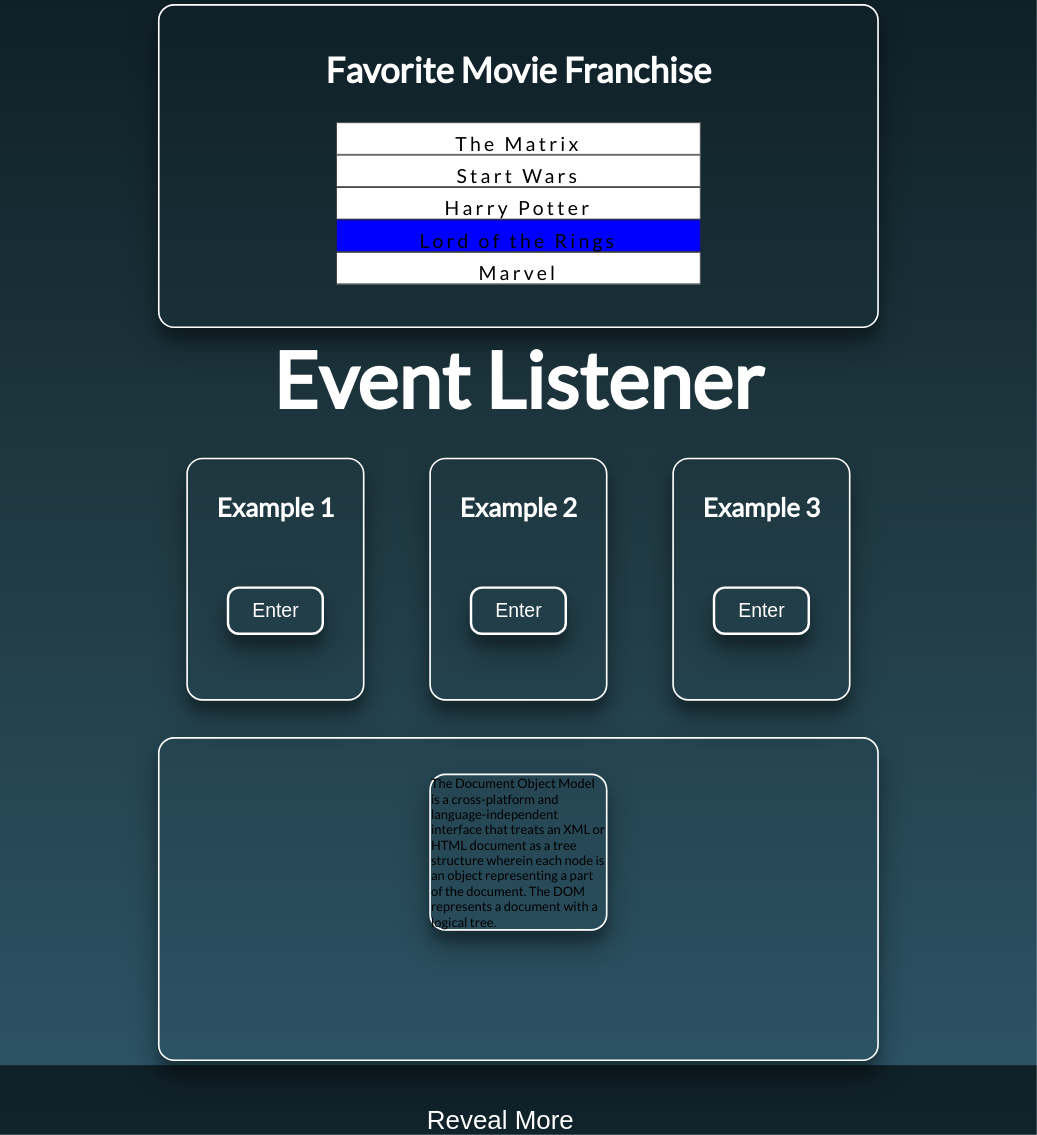
Repository: Ellisvelandia/DOM-Manipulation
Page: index.html
These files come from the project's save history. The page is drawn as it stood at one moment and after a run of saves; the edit follows.
The browser window is 1280 px wide. The pictures show the whole page, at 81% of full size.

Above is the page before, as saved 2022-08-22 18:36:50.

After the next 3 saves:
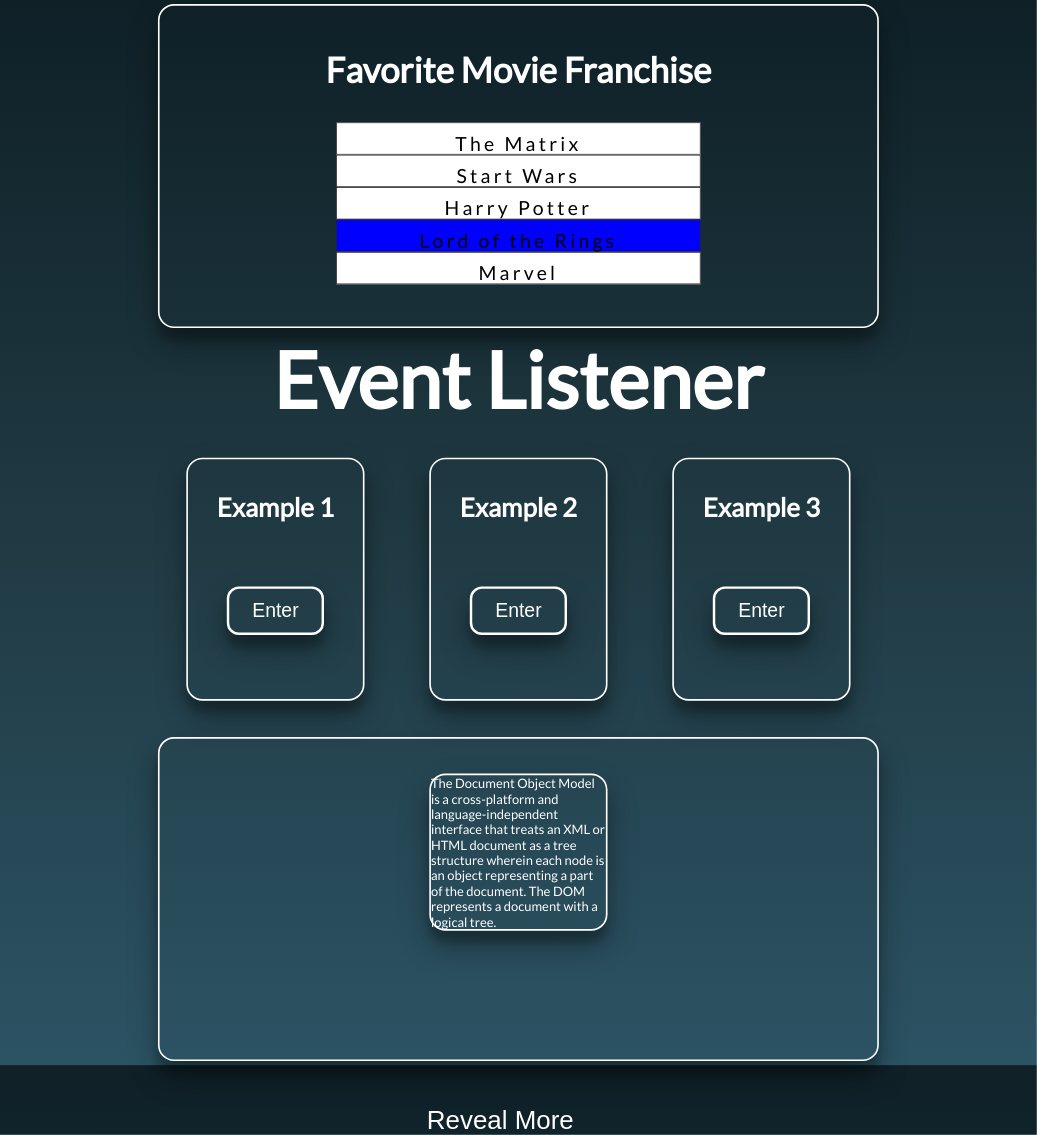
The 3 saves are shown as one change because they came seconds apart.
The last was saved 8 s later.
--- a/style.css
+++ b/style.css
@@ -130,5 +130,6 @@
   display: flex;
   justify-content: center;
   align-self: center;
-  flex-direction: ;
+  flex-direction: column;
+  color: #fff;
 }
